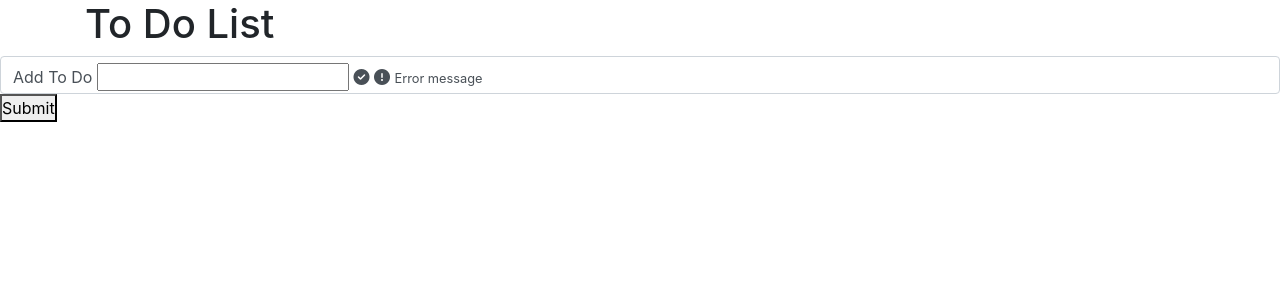
Repository: skepp4rn/todolist
Page: index.html
These files come from the project's save history. The page is drawn as it stood at one moment and after the next save; the edit follows.
The browser window is 1280 px wide. The pictures show the whole page.
The page's requests for data from a server got no answer. Some web libraries are served in a nearby version.

Above is the page before, as saved 2021-01-28 11:33:51.

After the next save:
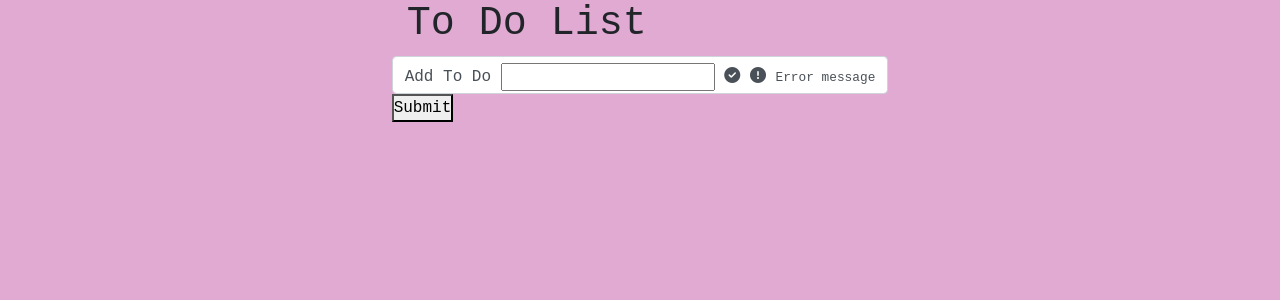
Saved 22 s later.
--- a/css/style.css
+++ b/css/style.css
@@ -3,3 +3,10 @@
     margin: 0;
     padding: 0;
 }
+
+body {
+    background-color: #e0aad3;
+    font-family: 'Courier New', Courier, monospace;
+    display: grid;
+    justify-content: center;
+}
